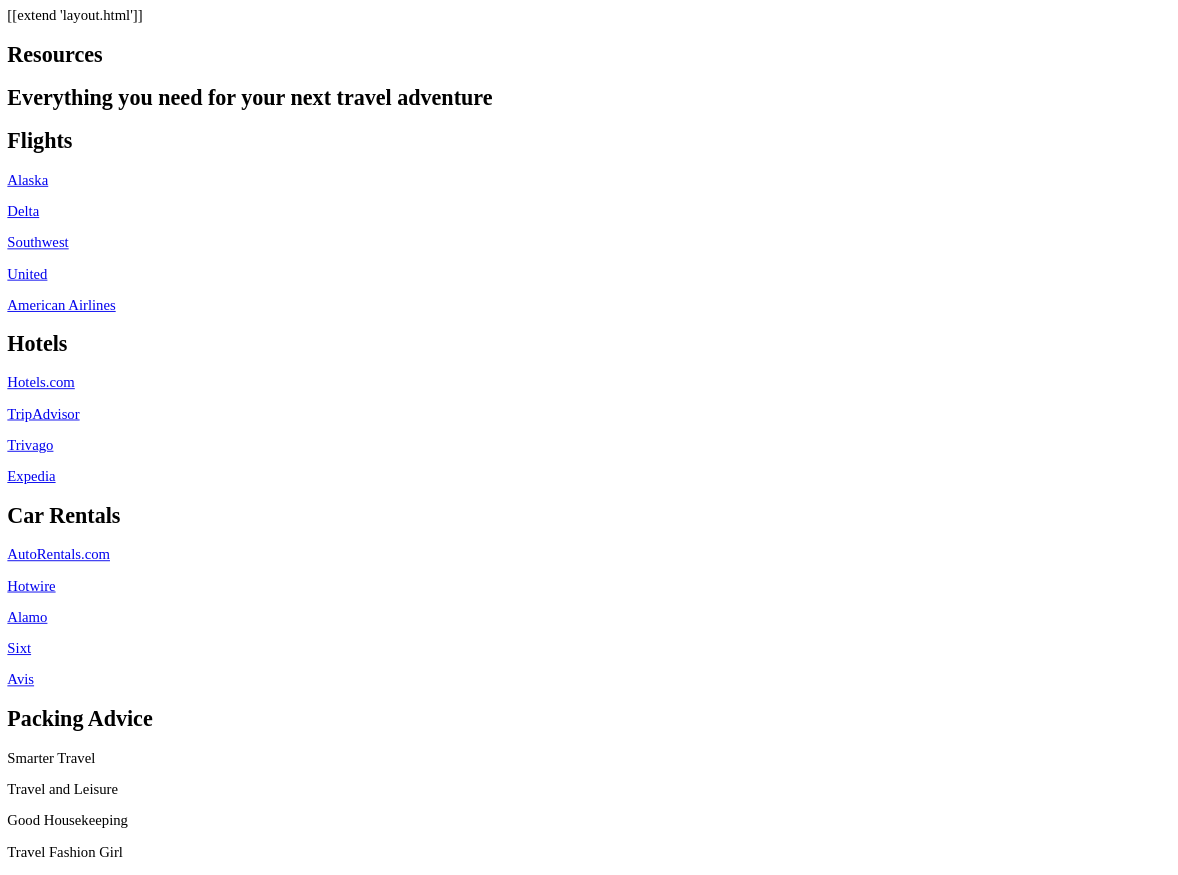
Repository: mreyeszaz/travel-tea-website
Page: templates/resources.html
An editor plug-in stored every save of this project. The page is shown before and after a run of saves, followed by the edit.
The browser window is 1280 px wide. The pictures show the whole page, at 92% of full size.

Above is the page before, as saved 2021-05-29 23:07:16.

After the next 2 saves:
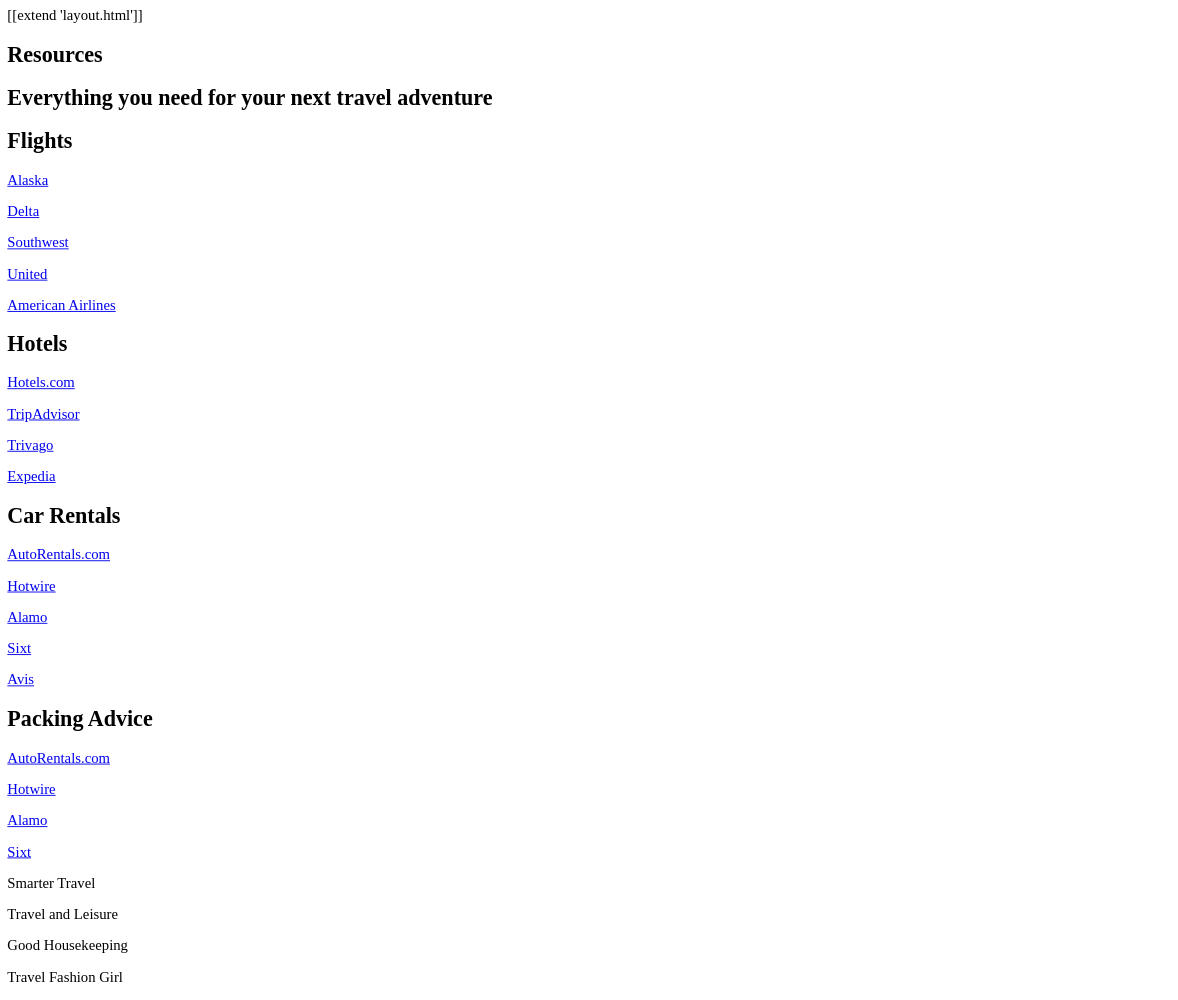
The 2 saves are shown as one change because they came seconds apart.
The last was saved 50 s later.
--- a/templates/resources.html
+++ b/templates/resources.html
@@ -37,6 +37,11 @@
 
         <div class="box">
             <h2 class="subtitle">Packing Advice</h2>
+            <a href=" https://www.autorentals.com/"><p>AutoRentals.com</p></a>
+            <a href="https://www.hotwire.com/car-rentals/"><p>Hotwire</p></a>
+            <a href="https://www.alamo.com/en/home.html"><p>Alamo </p></a>
+            <a href="https://www.sixt.com/#/"><p>Sixt</p></a>
+
             <p> Smarter Travel </p>
             <p> Travel and Leisure </p>
             <p> Good Housekeeping </p>
